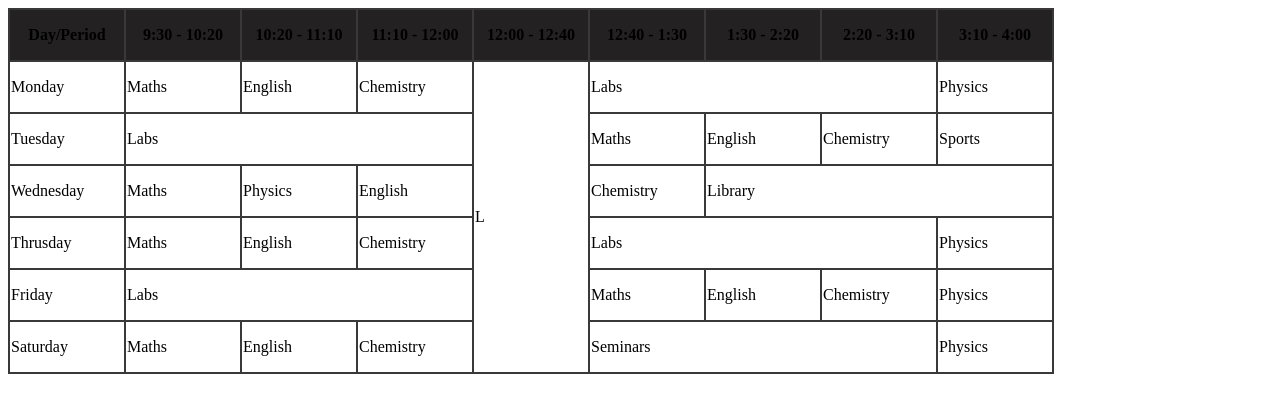
Repository: nir-github01/Html
Page: assign1-table.html
The author's editor kept a copy of each file at every save. The page is drawn from the files as they stood at one save, then again after the next save.
The browser window is 1280 px wide. The pictures show the whole page.

Above is the page before, as saved 2022-09-27 20:04:47.

After the next save:
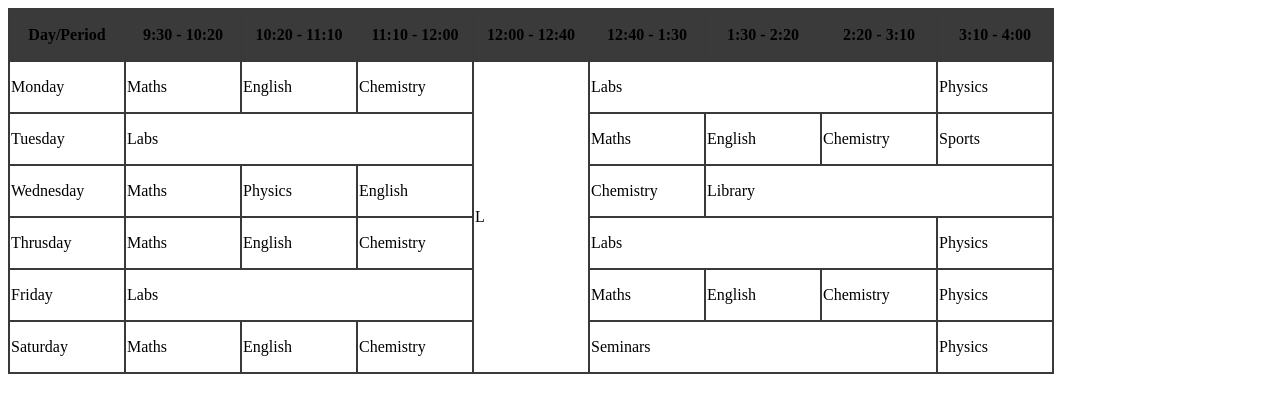
Saved 18 s later.
--- a/assign1-table.html
+++ b/assign1-table.html
@@ -12,7 +12,7 @@
         }
          th{
             border: 2px solid rgb(58, 57, 57);
-            background-color: rgb(35, 33, 33);
+            background-color: rgb(59, 58, 58);
             width: 7rem;
             height: 3rem;
         }
